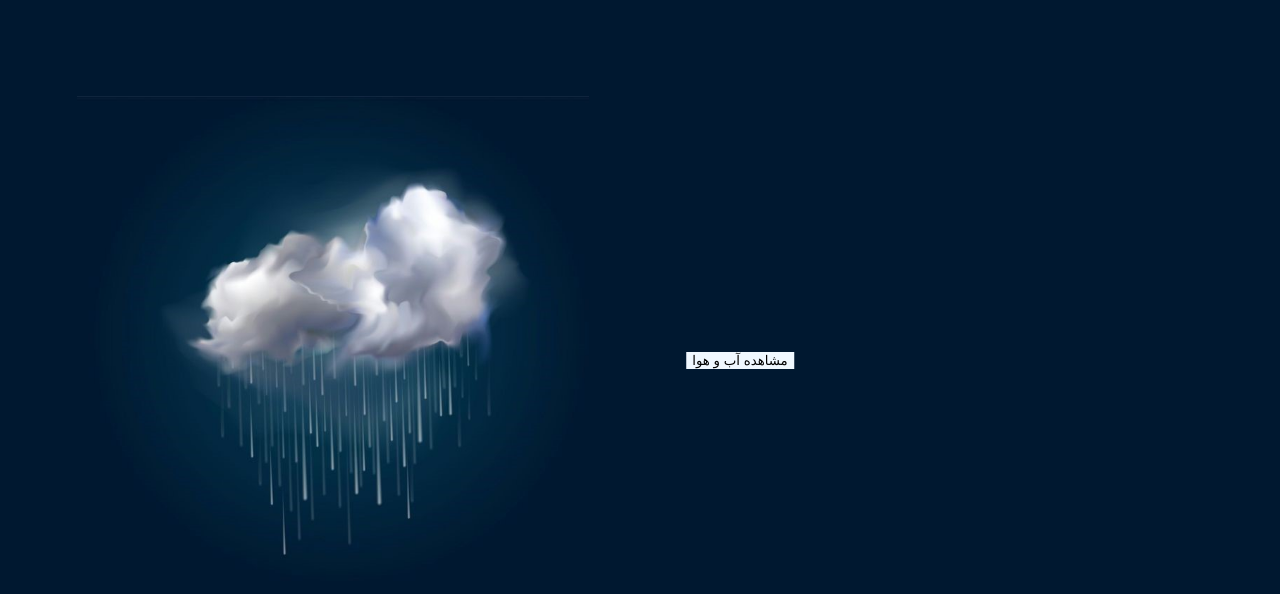
Repository: fateme81yosefi/weather
Page: landing/Landing.html
An editor plug-in stored every save of this project. The page is shown before and after the next save, followed by the edit.
The browser window is 1280 px wide. The pictures show the whole page.

Above is the page before, as saved 2025-02-02 16:45:55.

### landing/Landing.html
<!doctype html>
<html lang="en">
	<head>
		<meta charset="utf-8">
		<meta name="viewport" content="width=device-width,initial-scale=1">
        <link rel="stylesheet" href="./style/landing.css">

		<title>هواشناسی</title>
	</head>
	<body>
        <div class="container-landing">
            <div class="contain-btn">
                <button class="go-to-weather">مشاهده آب و هوا</button>
            </div>

        </div>


		<script src="./js/landing.js"></script>
	</body>

</html>

### landing/style/landing.css
body {
  margin: 0 !important;
  padding: 0;
  overflow: hidden;
  background-color: #001830;
}
.container-landing {
  background-image: url("../images/bg.jpg");
  background-position: center;
  background-size: 100%;
  background-repeat: no-repeat;
  height: 100vh;
  margin: 0;
  padding: 0;
}

.contain-btn {
  position: absolute;
  top: 50%;
  left: 50%;
  transform: translate(-50%, -50%) translateX(100px);
}
.go-to-weather{
    background-color: aliceblue;
    border: none;

}
@media screen and (min-width: 1200px) {
  .container-landing {
    background-position: left;
    background-size: 40%;
    background-position: 10%;
  }
}

Loaded but not shown: landing/js/landing.js (no stored copy; drawn as an empty file)

After the next save:
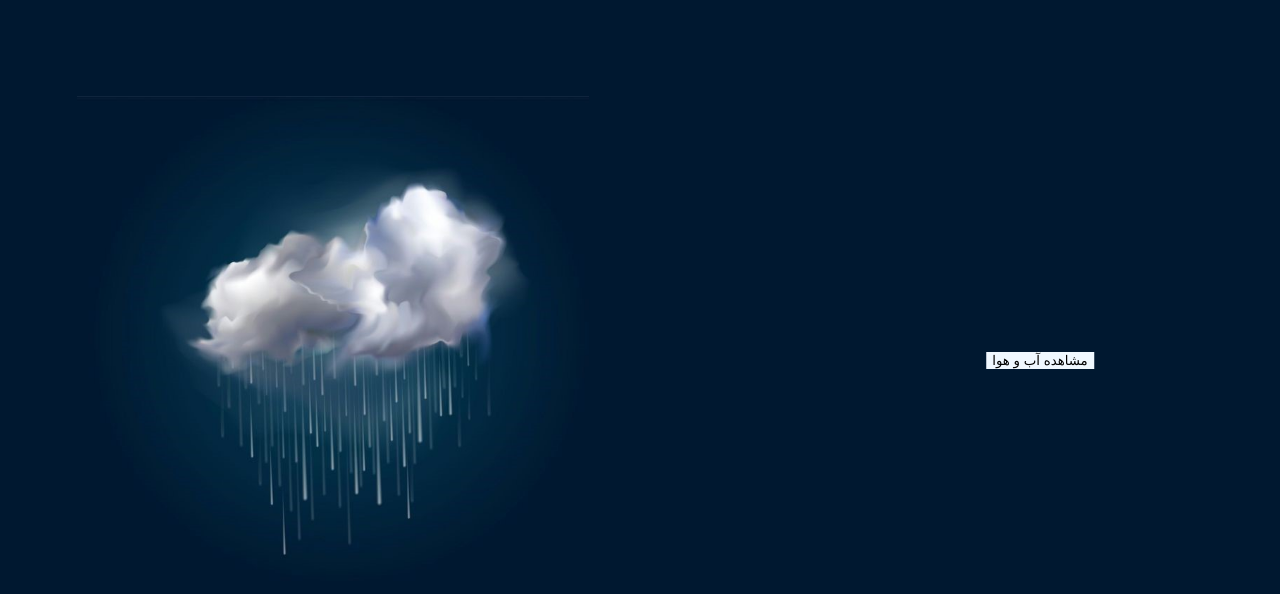
Saved 6 s later.
--- a/landing/style/landing.css
+++ b/landing/style/landing.css
@@ -18,7 +18,7 @@ body {
   position: absolute;
   top: 50%;
   left: 50%;
-  transform: translate(-50%, -50%) translateX(100px);
+  transform: translate(-50%, -50%) translateX(400px);
 }
 .go-to-weather{
     background-color: aliceblue;
